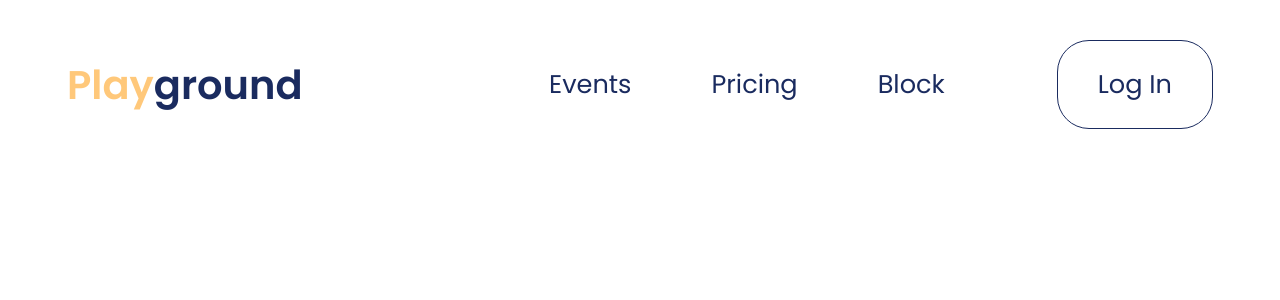
Repository: tuanpham-aptech/front-end
Page: psdtohtml/playgroud/index.html
These files come from the project's save history. The page is drawn as it stood at one moment and after the next save; the edit follows.
The browser window is 1280 px wide. The pictures show the whole page.
Some web libraries are served in a nearby version.

Above is the page before, as saved 2021-10-13 17:37:48.

### psdtohtml/playgroud/index.html
<!DOCTYPE html>
<html lang="en">
<head>
    <meta charset="UTF-8">
    <meta http-equiv="X-UA-Compatible" content="IE=edge">
    <meta name="viewport" content="width=device-width, initial-scale=1.0">
    <title>PlayGround</title>
    <link rel="preconnect" href="https://fonts.googleapis.com">
<link rel="preconnect" href="https://fonts.gstatic.com" crossorigin>
<link href="https://fonts.googleapis.com/css2?family=Poppins:wght@300;400;600&display=swap" rel="stylesheet">
<link rel="stylesheet" href="https://pro.fontawesome.com/releases/v5.10.0/css/all.css" integrity="sha384-AYmEC3Yw5cVb3ZcuHtOA93w35dYTsvhLPVnYs9eStHfGJvOvKxVfELGroGkvsg+p" crossorigin="anonymous"/>
<link rel="stylesheet" href="./assets/css/style.css">
</head>
<body>
    <div class="wrapper">
        <div class="header">
            <div class="container header__inner">
                <a href="#" class="logo">
                    <span class="logo__text">Play</span>ground
                </a>
                <nav class="header__menu">
                    <ul class="header__menu-list">
                        <li class="header__menu-item">
                            <a href="#" class="header__menu-link">
                                Events
                            </a>
                        </li>
                        <li class="header__menu-item">
                            <a href="#" class="header__menu-link">
                                Pricing
                            </a>
                        </li>
                        <li class="header__menu-item">
                            <a href="#" class="header__menu-link">
                                Block
                            </a>
                        </li>
                        <li class="header__menu-item">
                            <a href="#" class="header__menu-link header__login">
                                Log In
                            </a>
                        </li>
                    </ul>
                </nav>
            </div>
        </div>
    </div>
</body>
</html>

### psdtohtml/playgroud/assets/css/style.css
* {
    box-sizing: border-box;
    padding: 0;
    margin: 0;
    -webkit-box-sizing: border-box;
}
:root {
    --primary-color: #ffc87a;
    --text-color: #1a2b5f;
}
body {
    font-family: 'Poppins', sans-serif;
}
.wrapper {
    max-width: 1440px;
    margin: 0 auto;
}

.container {
    max-width: 1210px;
    padding-left: 2rem;
    padding-right: 2rem;
    margin: 0 auto;
}

.header {
    padding-top: 40px;
}

.header__inner {
    display: flex;
    justify-content: space-between;
    align-items: center;
}

.header__menu-list {
    display: flex;
    align-items: center;
    list-style: none;
}

.header__menu-item {
    margin-left: 5rem;
}

.header__menu-item:last-child {
    margin-left: 7rem;
}

.header__menu-link {
    text-decoration: none;
    font-size: 1.6rem;
    color:var(--text-color);
}

.header__menu-link:hover {
    color:var(--primary-color);
}

.header__login {
    padding: 1.5rem 2.5rem;
    display: inline-block;
    border: 1px solid;
    border-radius: 2rem;
}
.logo {
    font-size: 2.5rem;
    font-weight: 600;
    text-decoration: none;
    color:var(--text-color);

}

.logo__text {
    color:var(--primary-color);
}

After the next save:
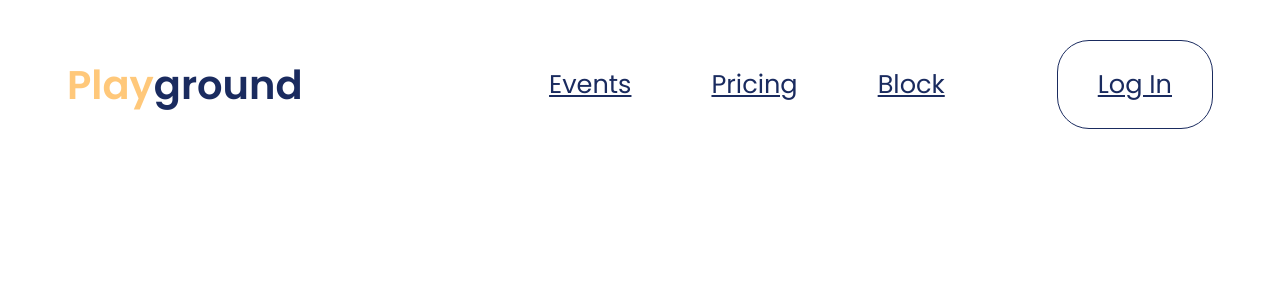
Saved 45 s later.
--- a/psdtohtml/playgroud/assets/css/style.css
+++ b/psdtohtml/playgroud/assets/css/style.css
@@ -48,6 +48,7 @@
 }
 
 .header__menu-link {
+    tra
     text-decoration: none;
     font-size: 1.6rem;
     color:var(--text-color);

After the save that followed:
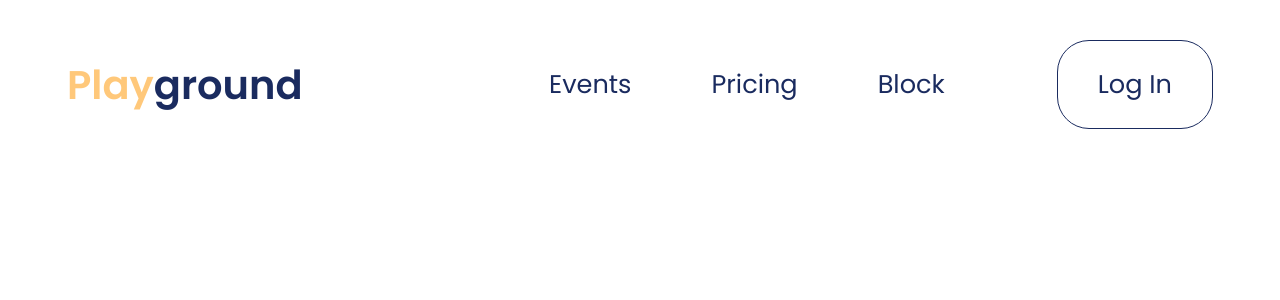
Saved 4 s later.
--- a/psdtohtml/playgroud/assets/css/style.css
+++ b/psdtohtml/playgroud/assets/css/style.css
@@ -48,7 +48,7 @@
 }
 
 .header__menu-link {
-    tra
+    transition: color ;
     text-decoration: none;
     font-size: 1.6rem;
     color:var(--text-color);
